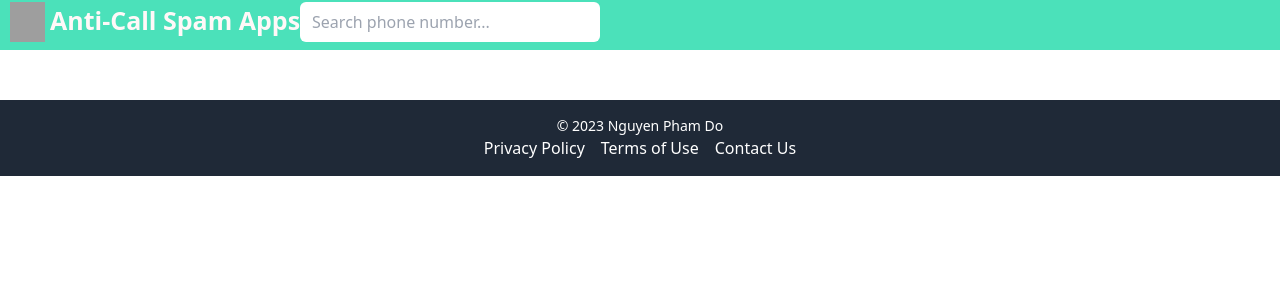
Repository: NPham1402/Web-user-callSpamBlocker
Page: /detail
These files come from the project's save history. The page is drawn as it stood at one moment and after the next save; the edit follows.
The browser window is 1280 px wide. The pictures show the whole page.
Pictures or frames that could not be fetched are drawn as grey boxes. The project was rebuilt for these pictures with package versions that can differ from the ones it lists, and the page was loaded fresh each time. The framework's server and built-in components were replaced by stand-ins that run in the browser. Also part of the build but not shown: next.config.js.

Above is the page before, as saved 2023-02-09 20:49:56.

After the next save:
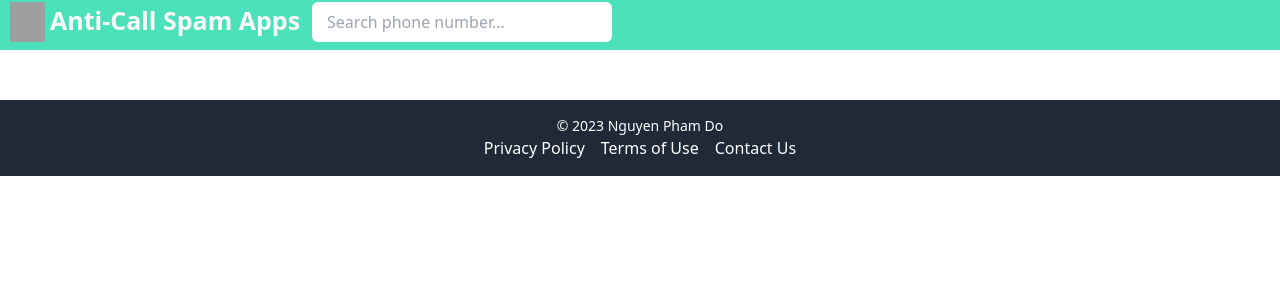
Saved 7 s later.
--- a/pages/detail.js
+++ b/pages/detail.js
@@ -26,7 +26,7 @@ function detail() {
             Anti-Call Spam Apps
           </p>
           <input
-            className="w-[300px] h-[40px] pl-[12px] rounded-[6px] p-[15px]"
+            className="w-[300px] h-[40px] ml-[12px] rounded-[6px] p-[15px]"
             placeholder="Search phone number..."
           />
         </div>
